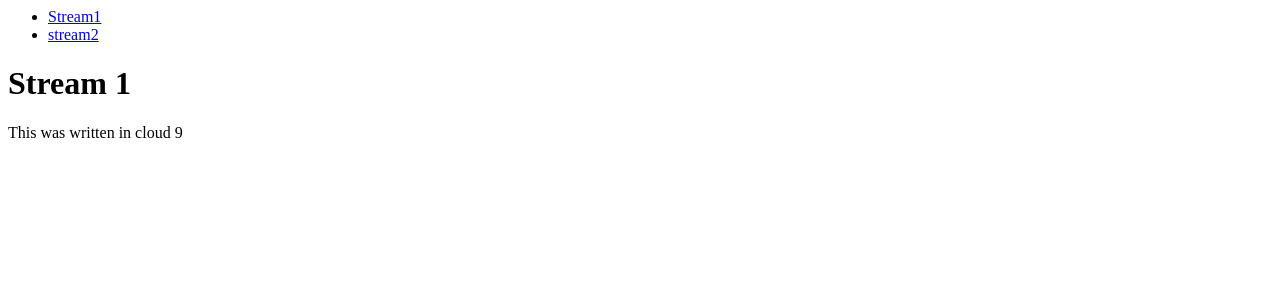
Repository: Hacketteer/my-first-website
Page: index.html
The author's editor kept a record of every edit. The page is drawn from the files as they stood at one moment, then again after the next edit.
The browser window is 1280 px wide. The pictures show the whole page.

Above is the page before.

After the next edit:
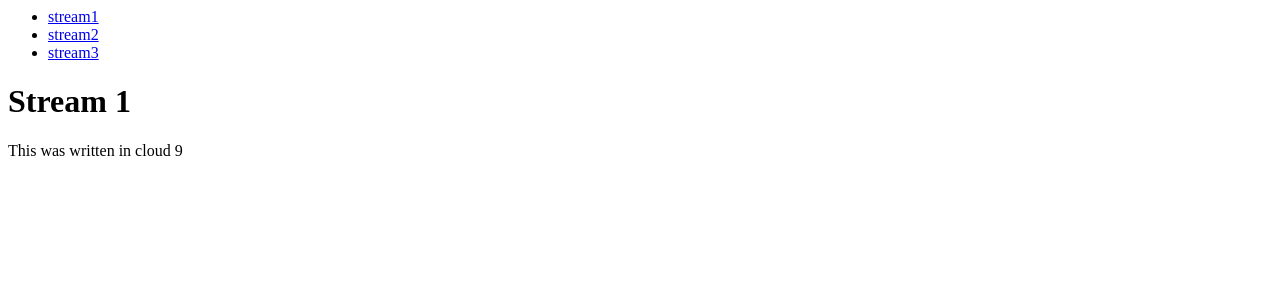
The edit:
--- a/index.html
+++ b/index.html
@@ -5,10 +5,9 @@
     <body>
         <nav>
             <ul>
-                <li>
-                    <a href="stream1.html">Stream1</a>
-                </li>
+                <li><a href="stream1.html">stream1</a></li>
                 <li><a href="stream2.html">stream2</a></li>
+                <li><a href="stream3.html">stream3</a></li>
             </ul>
         </nav>
         <h1> Stream 1</h1>
